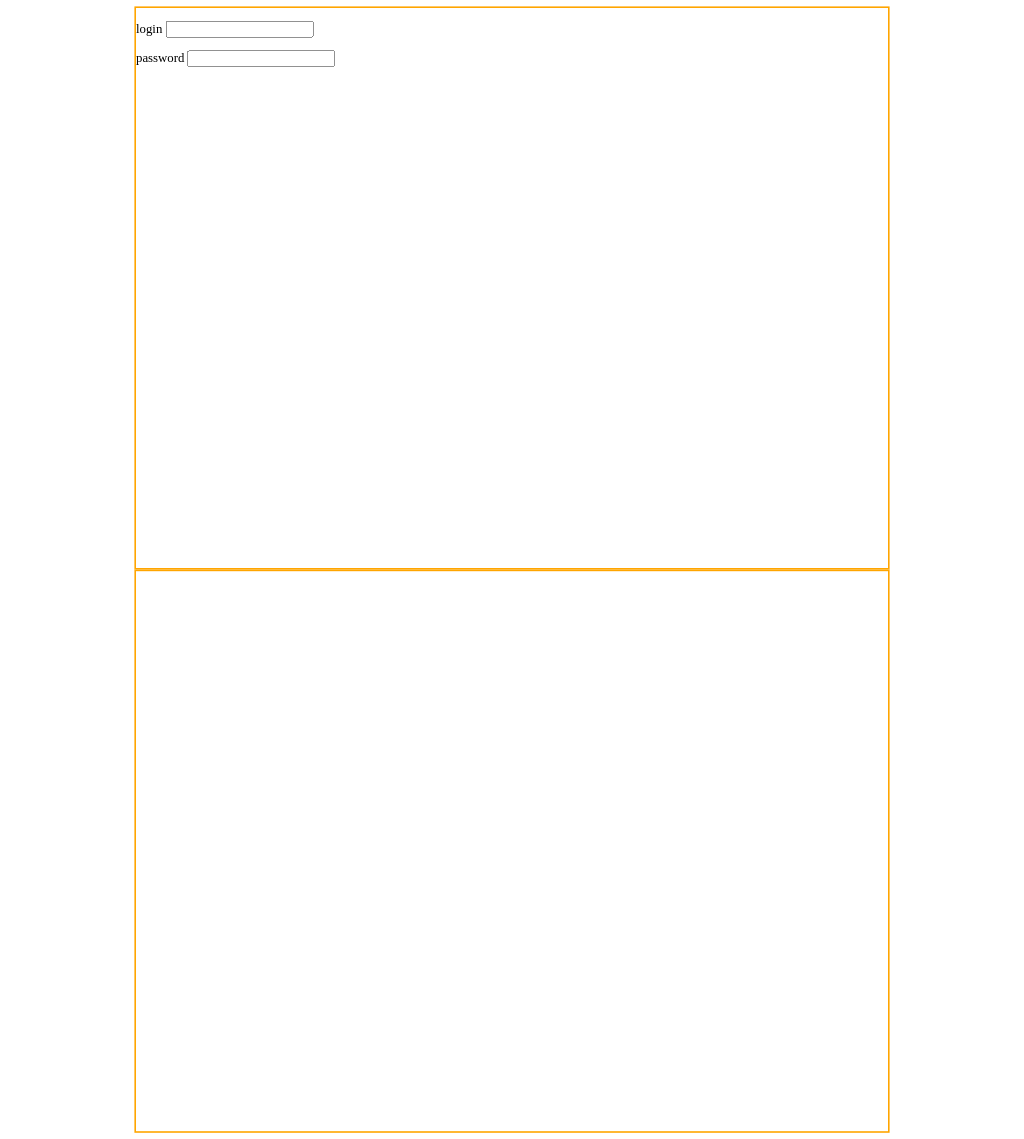
Repository: AndreyMykulych/javascript
Page: 11/index.html
An editor plug-in stored every save of this project. The page is shown before and after the next save, followed by the edit.
The browser window is 1280 px wide. The pictures show the whole page, at 80% of full size.

Above is the page before, as saved 2023-04-27 22:13:27.

### 11/index.html
<!DOCTYPE html>
<html lang="en">
<head>
    <meta charset="UTF-8">
    <meta http-equiv="X-UA-Compatible" content="IE=edge">
    <meta name="viewport" content="width=device-width, initial-scale=1.0">
    <title>Document</title>
</head>
<script src="one.js"></script>
<style>
    form {
        width: 58.75rem;
        height: 43.75rem;
        margin: 0 auto;
        border: 2px solid orange;
    }
</style>
<body>
    <form class="auth">
    <p class="loginPar">
        <label for="login">login</label>
        <input type="text" name="login">
    </p>
    <p class="passPar">
        <label for="password">password</label>
        <input type="password">
    </p>
    </form>
    <form class="pizzaForm">

    </form>
</body>
</html>

Loaded but not shown: 11/one.js (common file)

After the next save:
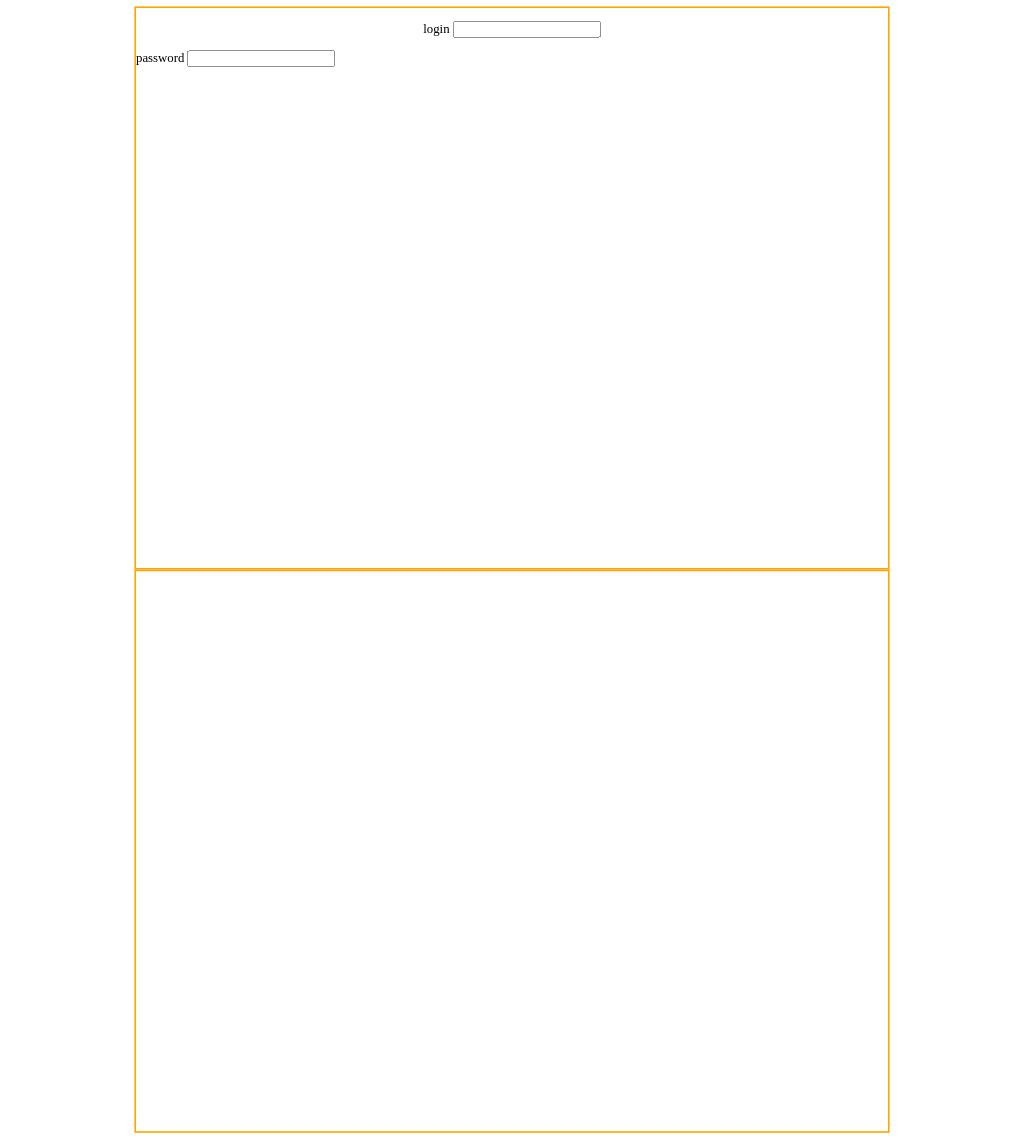
Saved 22 s later.
--- a/11/index.html
+++ b/11/index.html
@@ -13,6 +13,9 @@
         height: 43.75rem;
         margin: 0 auto;
         border: 2px solid orange;
+    }
+    .loginPar{
+        text-align: center;
     }
 </style>
 <body>
